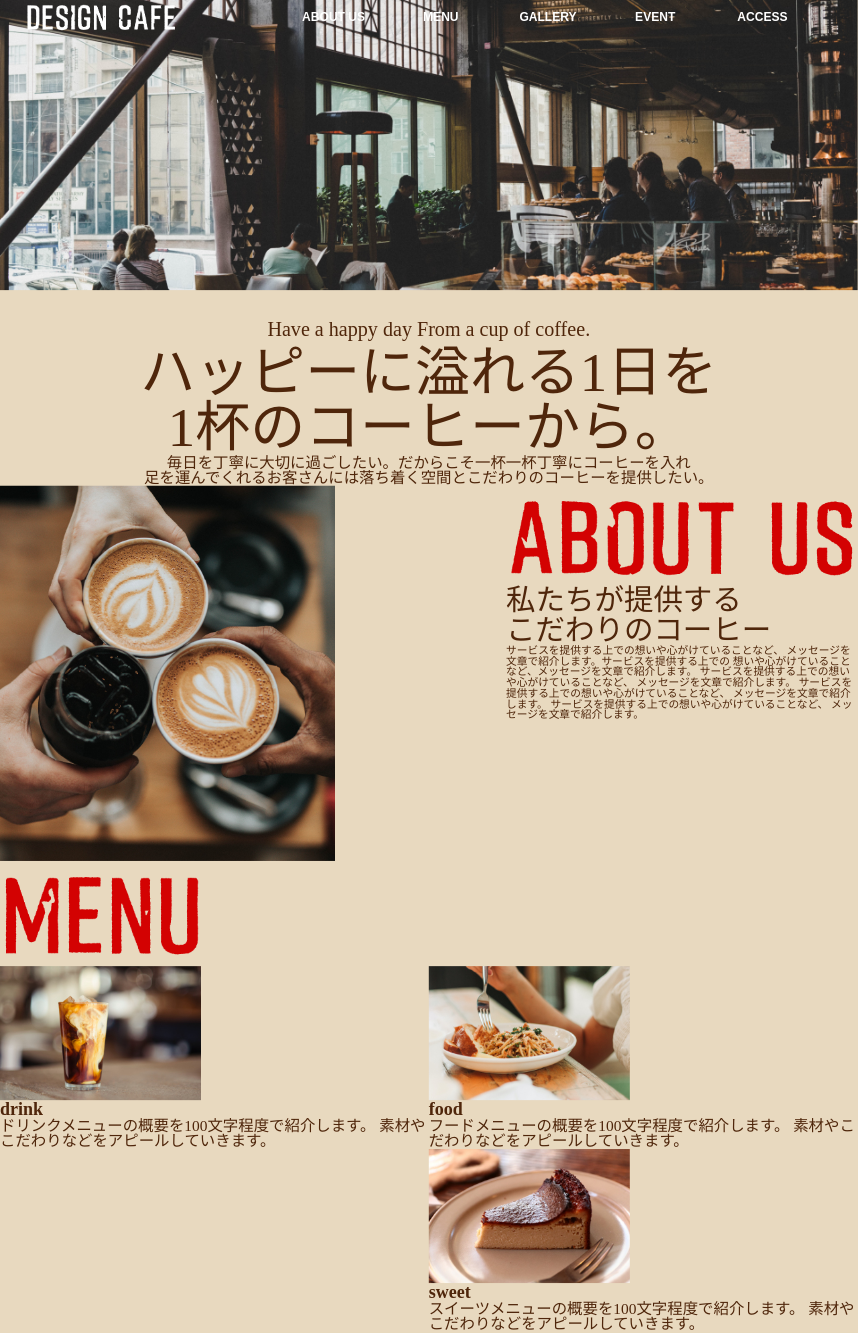
Repository: sonoyama01/dezasuta
Page: 第4回課題/index.html
An editor plug-in stored every save of this project. The page is shown before and after the next save, followed by the edit.
The browser window is 1280 px wide. The pictures show the whole page, at 67% of full size.

Above is the page before, as saved 2024-05-02 11:45:19.

After the next save:
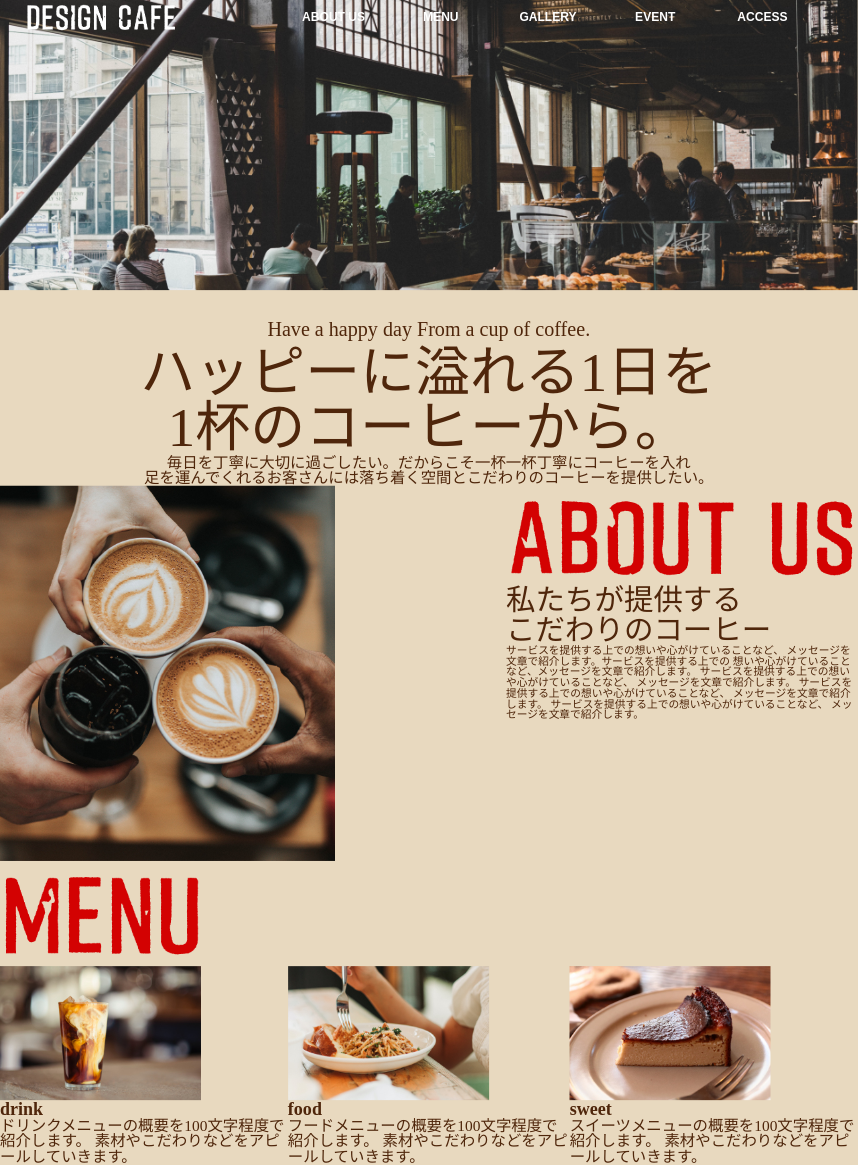
Saved 2 min 3 s later.
--- a/第4回課題/index.html
+++ b/第4回課題/index.html
@@ -94,13 +94,14 @@
                 <h3>food</h3>
                 <p class="menu_tx">フードメニューの概要を100文字程度で紹介します。
                     素材やこだわりなどをアピールしていきます。</p><!-- /.menu_tx -->
-                <div class="sweet">
-                    <img src="./images/pc_menu_sweets-100.jpg" alt="sweet">
-                    <h3>sweet</h3>
-                    <p class="menu_tx">スイーツメニューの概要を100文字程度で紹介します。
-                        素材やこだわりなどをアピールしていきます。</p><!-- /.sweet -->
-                </div><!-- /.sweet -->
-            </div><!-- /.menu_fx -->
+            </div><!-- /.food -->
+            <div class="sweet">
+                <img src="./images/pc_menu_sweets-100.jpg" alt="sweet">
+                <h3>sweet</h3>
+                <p class="menu_tx">スイーツメニューの概要を100文字程度で紹介します。
+                    素材やこだわりなどをアピールしていきます。</p><!-- /.sweet -->
+            </div><!-- /.sweet -->
+        </div><!-- /.menu_fx -->
     </section><!-- /#menu -->
 
 </body>
